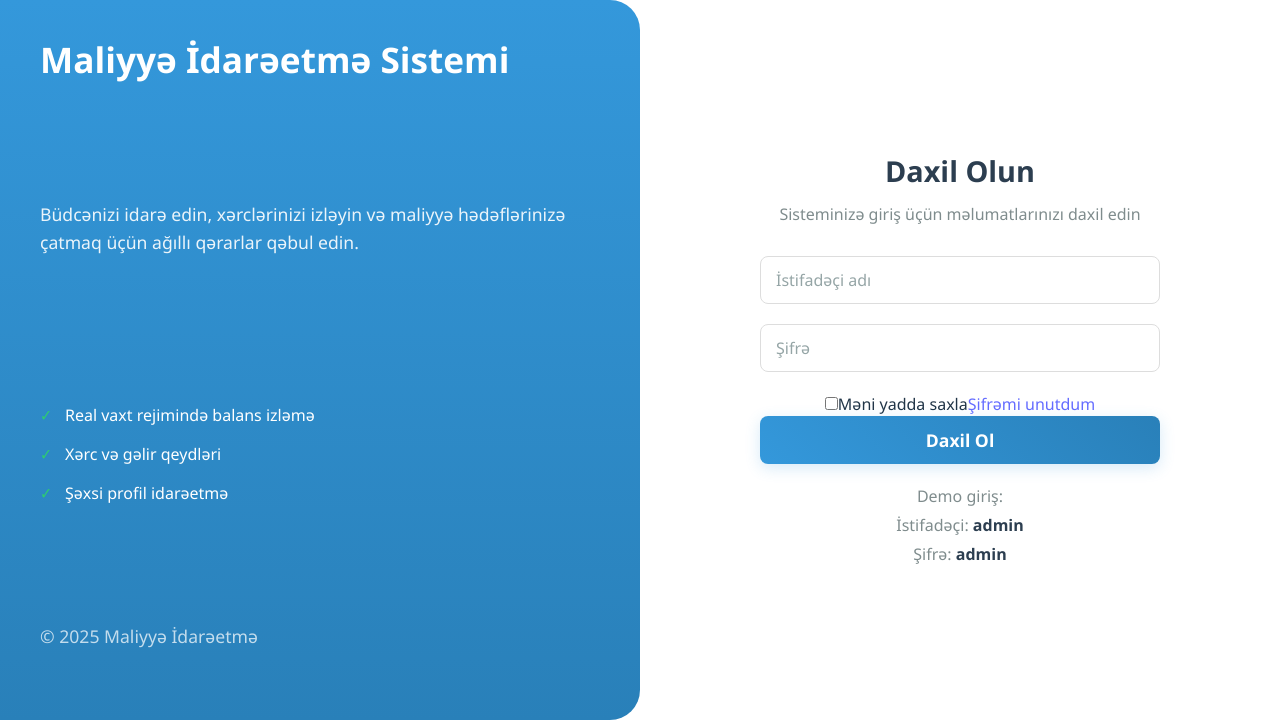
Repository: ferhadsultan98/financialmanagement
Page: /login
These files come from the project's save history. The page is drawn as it stood at one moment and after the next save; the edit follows.
The browser window is 1280 px wide. The pictures show the whole page.
The project was rebuilt for these pictures with package versions that can differ from the ones it lists, and the page was loaded fresh each time. Also part of the build but not shown: vite.config.js, src/Styles/Sidebar.scss, src/Components/Sidebar/Navbar.jsx, src/Components/Sidebar/ProfileModal.jsx, src/Components/Sidebar/Sidebar.jsx, src/Components/Layout/MainLayout.jsx, src/Pages/Home/Home.jsx, src/Pages/AddExpense/AddExpense.jsx and 2 more.

Above is the page before, as saved 2025-03-24 00:14:18.

### index.html
<!doctype html>
<html lang="en">
  <head>
    <meta charset="UTF-8" />
<link rel="shortcut icon" href="favicon.ico" type="image/x-icon">
    <meta name="viewport" content="width=device-width, initial-scale=1.0" />
    <title>Expense</title>
  </head>
  <body>
    <div id="root"></div>
    <script type="module" src="/src/main.jsx"></script>
  </body>
</html>

### src/App.jsx
// src/App.jsx
import React from 'react';
import './App.scss';
import MainLayout from './Components/Layout/MainLayout';
import { RouterProvider } from 'react-router-dom';
import router from './Routes';


function App() {
  return (
    <div className="App">
      <RouterProvider router={router} />
    </div>
  );
}

export default App;

### src/App.scss
*{
    margin: 0;
    padding: 0;
    box-sizing: border-box;
    font-family: 'Segoe UI', Tahoma, Geneva, Verdana, sans-serif;
}

### src/Routes.jsx
// src/routes.jsx
import { createBrowserRouter } from "react-router-dom";
import MainLayout from "./Components/Layout/MainLayout";
import Home from "./Pages/Home/Home";
import AddExpense from "./Pages/AddExpense/AddExpense";
import ExpenseDetails from "./Pages/ExpenseDetails/ExpenseDetails";
import About from "./Pages/About/About";
import Login from "./Components/Login/Login";

const router = createBrowserRouter([
  {
    path: "/login",
    element: <Login />,
  },
  {
    element: <MainLayout />,
    children: [
      {
        path: "/",
        element: <Home />,
      },
      {
        path: "/add-expense",
        element: <AddExpense />,
      },
      {
        path: "/expense-details",
        element: <ExpenseDetails />,
      },
      {
        path: "/about",
        element: <About />,
      },
    ],
  },
]);

export default router;

### src/Components/Login/Login.jsx
// src/components/Login/Login.jsx
import React, { useState } from 'react';
import './Login.scss';
import { useNavigate } from 'react-router-dom';

const Login = () => {
  const [username, setUsername] = useState('');
  const [password, setPassword] = useState('');
  const [error, setError] = useState('');
  const [keepLoggedIn, setKeepLoggedIn] = useState(false); // State for "Keep me logged in"
  const [newPassword, setNewPassword] = useState(''); // State for new password
  const navigate = useNavigate();

  // Hardcoded credentials
  const validUsername = 'admin';
  let validPassword = 'admin'; // Let it be mutable for demo purposes

  const handleLogin = (e) => {
    e.preventDefault();
    if (username === validUsername && password === validPassword) {
      if (keepLoggedIn) {
        // Simulate keeping user logged in (e.g., with localStorage)
        localStorage.setItem('isLoggedIn', 'true');
      }
      navigate('/'); // Redirect to main app after login
    } else {
      setError('İstifadəçi adı və ya şifrə yanlışdır!');
    }
  };

  const handleForgotPassword = () => {
    // Generate a simple random password (for demo purposes)
    const newPass = Math.random().toString(36).slice(-8); // 8-character random string
    validPassword = newPass; // Update the valid password dynamically
    setNewPassword(`Yeni şifrəniz: ${newPass}`);
    setPassword(''); // Clear the password input
    setError(''); // Clear any existing error
  };

  return (
    <div className="login-container">
      <div className="login-wrapper">
        {/* Left Section - Financial Management Info */}
        <div className="login-left">
          <h1>Maliyyə İdarəetmə Sistemi</h1>
          <p>
            Büdcənizi idarə edin, xərclərinizi izləyin və maliyyə hədəflərinizə çatmaq üçün ağıllı
            qərarlar qəbul edin.
          </p>
          <ul>
            <li>Real vaxt rejimində balans izləmə</li>
            <li>Xərc və gəlir qeydləri</li>
            <li>Şəxsi profil idarəetmə</li>
          </ul>
          <div className="login-left-footer">
            <p>© 2025 Maliyyə İdarəetmə</p>
          </div>
        </div>

        {/* Right Section - Login Form */}
        <div className="login-right">
          <div className="login-box">
            <h2>Daxil Olun</h2>
            <p>Sisteminizə giriş üçün məlumatlarınızı daxil edin</p>

            {error && (
              <div className="error-message">
                {error}
              </div>
            )}

            {newPassword && (
              <div className="new-password-message">
                {newPassword}
              </div>
            )}

            <form onSubmit={handleLogin}>
              <div className="input-group">
                <input
                  type="text"
                  placeholder="İstifadəçi adı"
                  value={username}
                  onChange={(e) => setUsername(e.target.value)}
                  required
                />
              </div>

              <div className="input-group">
                <input
                  type="password"
                  placeholder="Şifrə"
                  value={password}
                  onChange={(e) => setPassword(e.target.value)}
                  required
                />
              </div>

              <div className="login-options">
                <label className="keep-logged-in">
                  <input
                    type="checkbox"
                    checked={keepLoggedIn}
                    onChange={(e) => setKeepLoggedIn(e.target.checked)}
                  />
                  Məni yadda saxla
                </label>
                <a href="#" className="forgot-password" onClick={handleForgotPassword}>
                  Şifrəmi unutdum
                </a>
              </div>

              <button type="submit">
                Daxil Ol
              </button>
            </form>

            <div className="login-info">
              <p>Demo giriş:</p>
              <p>İstifadəçi: <strong>{validUsername}</strong></p>
              <p>Şifrə: <strong>{validPassword}</strong></p>
            </div>
          </div>
        </div>
      </div>
    </div>
  );
};

export default Login;

### src/Components/Login/Login.scss
// src/components/Login/Login.scss
.login-container {
  height: 100vh;
  width: 100vw;
  background: linear-gradient(135deg, #1e3c72 0%, #2a5298 100%);
  display: flex;
  align-items: center;
  justify-content: center;
  margin: 0;
  padding: 0;
  overflow: hidden;
}

.login-wrapper {
  display: flex;
  width: 100%;
  height: 100%;
  background: white;
  border-radius: 0;
  overflow: hidden;
  box-shadow: none;
}

.login-left {
  flex: 1;
  background: linear-gradient(180deg, #3498db 0%, #2980b9 100%);
  color: white;
  padding: 40px;
  display: flex;
  flex-direction: column;
  justify-content: space-between;
  height: 100%;
  border-top-right-radius: 30px;
  border-bottom-right-radius: 30px;

  h1 {
    font-size: 2.2rem;
    font-weight: 700;
    margin-bottom: 20px;
  }

  p {
    font-size: 1.1rem;
    line-height: 1.6;
    margin-bottom: 30px;
    opacity: 0.9;
  }

  ul {
    list-style: none;
    padding: 0;

    li {
      font-size: 1rem;
      margin: 15px 0;
      position: relative;
      padding-left: 25px;

      &:before {
        content: '✓';
        position: absolute;
        left: 0;
        color: #2ecc71;
        font-weight: bold;
      }
    }
  }

  .login-left-footer {
    font-size: 0.9rem;
    opacity: 0.8;
  }
}

.login-right {
  flex: 1;
  display: flex;
  align-items: center;
  justify-content: center;
  background: white;
  padding: 40px;
  height: 100%;

  .login-box {
    width: 100%;
    max-width: 400px;
    text-align: center;

    h2 {
      color: #2c3e50;
      font-size: 1.8rem;
      font-weight: 600;
      margin-bottom: 10px;
    }

    p {
      color: #7f8c8d;
      font-size: 1rem;
      margin-bottom: 30px;
    }

    .error-message {
      background: #e74c3c;
      color: white;
      padding: 10px;
      border-radius: 8px;
      margin-bottom: 20px;
      font-size: 0.9rem;
    }

    .input-group {
      margin-bottom: 20px;

      input {
        width: 100%;
        padding: 12px 15px;
        border: 1px solid #ddd;
        border-radius: 8px;
        font-size: 1rem;
        color: #2c3e50;
        transition: all 0.3s ease;

        &:focus {
          outline: none;
          border-color: #3498db;
          box-shadow: 0 0 8px rgba(52, 152, 219, 0.3);
        }

        &::placeholder {
          color: #95a5a6;
        }
      }
    }

    button {
      width: 100%;
      padding: 12px;
      background: linear-gradient(45deg, #3498db, #2980b9);
      border: none;
      border-radius: 8px;
      color: white;
      font-size: 1.1rem;
      font-weight: 600;
      cursor: pointer;
      box-shadow: 0 4px 15px rgba(52, 152, 219, 0.2);
      transition: all 0.3s ease;

      &:hover {
        background: linear-gradient(45deg, #2980b9, #3498db);
        box-shadow: 0 6px 20px rgba(52, 152, 219, 0.4);
      }
    }

    .login-info {
      margin-top: 20px;
      color: #7f8c8d;
      font-size: 0.9rem;

      p {
        margin: 5px 0;
      }

      strong {
        color: #2c3e50;
      }
    }
  }
}

@media (max-width: 768px) {
  .login-wrapper {
    flex-direction: column;
    height: 100%;
  }

  .login-left,
  .login-right {
    flex: none;
    width: 100%;
    padding: 30px;
    height: auto;
  }

  .login-left {
    h1 {
      font-size: 1.8rem;
    }

    p {
      font-size: 1rem;
    }

    ul li {
      font-size: 0.9rem;
    }
  }

  .login-right {
    .login-box {
      h2 {
        font-size: 1.5rem;
      }

      p {
        font-size: 0.9rem;
      }

      button {
        font-size: 1rem;
      }
    }
  }
}

@media (max-width: 480px) {
  .login-left {
    padding: 20px;

    h1 {
      font-size: 1.5rem;
    }

    p {
      font-size: 0.9rem;
    }

    ul li {
      font-size: 0.8rem;
    }
  }

  .login-right {
    padding: 20px;
  }
}

Loaded but not shown: src/main.jsx (common file); src/index.css (common file)

After the next save:
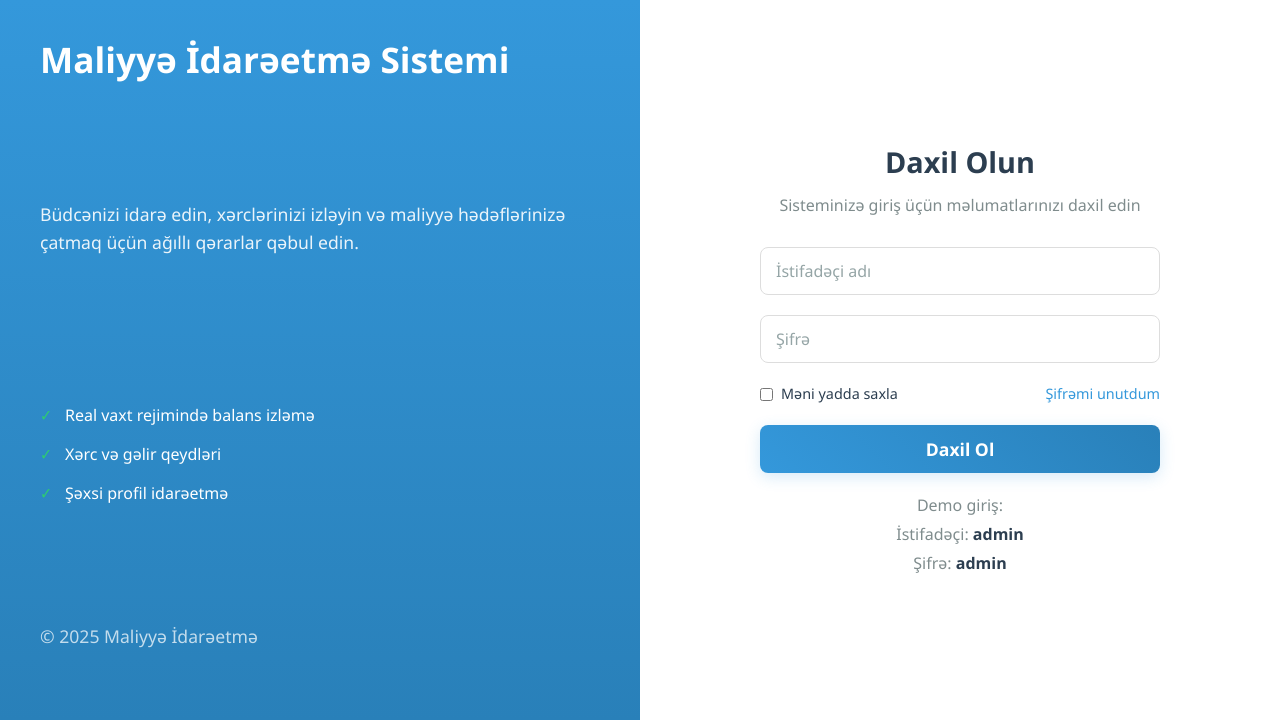
Saved 18 s later.
--- a/src/Components/Login/Login.scss
+++ b/src/Components/Login/Login.scss
@@ -30,8 +30,6 @@
   flex-direction: column;
   justify-content: space-between;
   height: 100%;
-  border-top-right-radius: 30px;
-  border-bottom-right-radius: 30px;
 
   h1 {
     font-size: 2.2rem;
@@ -101,6 +99,15 @@
 
     .error-message {
       background: #e74c3c;
+      color: white;
+      padding: 10px;
+      border-radius: 8px;
+      margin-bottom: 20px;
+      font-size: 0.9rem;
+    }
+
+    .new-password-message {
+      background: #2ecc71;
       color: white;
       padding: 10px;
       border-radius: 8px;
@@ -128,6 +135,36 @@
 
         &::placeholder {
           color: #95a5a6;
+        }
+      }
+    }
+
+    .login-options {
+      display: flex;
+      justify-content: space-between;
+      align-items: center;
+      margin-bottom: 20px;
+
+      .keep-logged-in {
+        display: flex;
+        align-items: center;
+        color: #2c3e50;
+        font-size: 0.9rem;
+
+        input {
+          margin-right: 8px;
+          cursor: pointer;
+        }
+      }
+
+      .forgot-password {
+        color: #3498db;
+        font-size: 0.9rem;
+        text-decoration: none;
+
+        &:hover {
+          text-decoration: underline;
+          color: #2980b9;
         }
       }
     }
